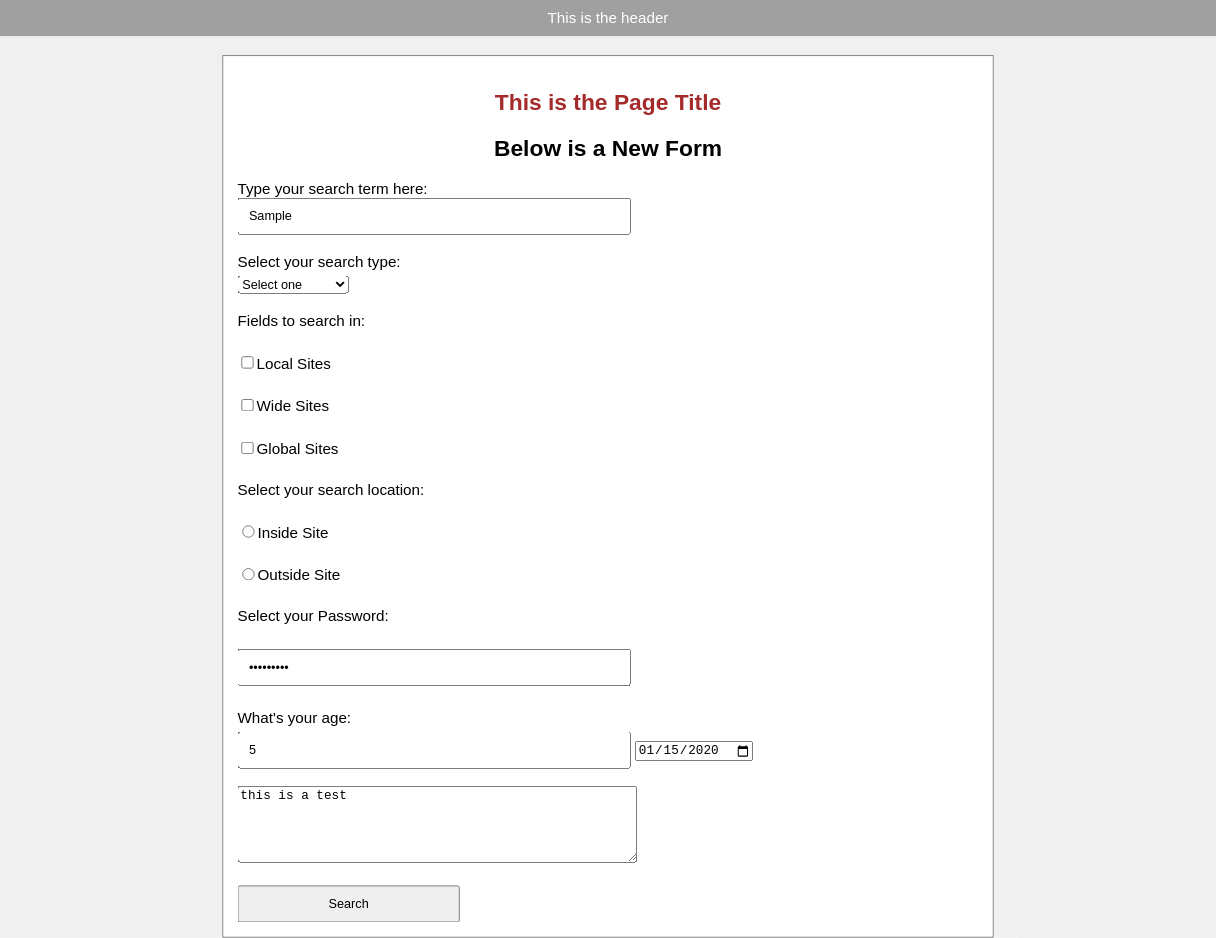
Repository: m0llyc00k/web-advanced
Page: c-6/class_6_html-boilerplate/html-boilerplate/index.html
The author's editor kept a record of every edit. The page is drawn from the files as they stood at one moment, then again after the next edit.
The browser window is 1280 px wide. The pictures show the whole page, at 95% of full size.
Empty fields were first filled with sample values (such as "Sample", 5 or name@example.com).
After loading, the first visible `#searchForm` was submitted once.

Above is the page before.

### c-6/class_6_html-boilerplate/html-boilerplate/index.html
<!DOCTYPE html>

<html>

	<head>
		<meta charset="utf-8">
		<meta name="viewport" content="width=device-width">

		<title>The Parsons Web Project</title>
		<meta name="description" content="Spring 2022 Class">
		<meta name="author" content="Parsons Faculty">
		<link rel="stylesheet" href="css/styles.css">
	</head>

	<body>

		<header>This is the header</header>

		<section>

			<!-- this is a test h1 block -->
			<h1 id="title">
				This is the Page Title
			</h1>

    <!-- this is a test form block -->
    <h2>Below is a New Form</h2>

<!--action is where your data is sent when form is submitted-->
    <label for="SearchBox">Type your search term here:</label>
  <form name="search" action="https://www.google.com/search" id="searchForm" method="GET">
    <input type="text" name="searchBox" id="SearchBox" placeholder="parsons" data-validate="true" value="" >

    <!--method="GET"-->
    <!--method="POST" is important for personal/ sensistive data-->

    <label for="searchType">Select your search type:</label>
    <select name="searchType" id="searchType">
        <option value="">Select one</option>
        <option value="quick">Quick Search</option>
        <option value="detail">Detailed Search</option>
    </select>

      <label for="searchArea">Fields to search in:</label>
      <label><input type="checkbox" name="searchArea" value="local" required-field>Local Sites</label>
      <label><input type="checkbox" name="searchArea" value="wide" required-field>Wide Sites</label>
      <label><input type="checkbox" name="searchArea" value="global" required-field>Global Sites</label>


    <label>Select your search location:</label>
    <label><input type="radio" name="searchScope" value="inside">Inside Site</label>
    <label><input type="radio" name="searchScope" value="outside">Outside Site</label>

    <label>Select your Password:</label>
    <label><input type="password" name="searchPass" value=""></label>


    <label for="searchAge">What's your age:</label>
    <input type="number" name="searchAge" id="SearchAge" required-field>
    <input type="date" name="dateEvent" id="dateEvent" required-field>
    <br> <br>
    <textarea rows="5" name="searchText" cols="50">this is a test</textarea>

    <button type="submit">Search</button>

  </form>


		</section>

		<!-- script always before closing body tag -->
		<script src="js/scripts.js"></script>
	</body>

</html>

### c-6/class_6_html-boilerplate/html-boilerplate/css/styles.css
body {
  font-family: arial;
  background-color:  #f0f0f0;
  margin: 0;
}

#title {
  color:  brown;
}

header {
  background-color:  #a0a0a0;
  padding: 10px;
  margin-bottom: 20px;
  text-align:  center;
  color:  white;
}

section {
  width: 70%;
  max-width: 780px;
  margin: 0 auto;
  border: 1px solid grey;
  background-color:  #ffffff;
  padding:  15px;
}
h1 {
  text-align: center;
  color: green;
}
ul {
  display: flex;
  align-items: stretch; /* Default */
  width: 100%;
  list-style: none;
  flex-wrap: wrap;
  align-items: flex-start;
  justify-content: center;
  padding: 0;
}
ul li {
  margin-bottom: 20px;
  margin-left: 20px;
  margin-right: 20px;
  align-items: center;
  flex: 1 1 auto;
  text-align:  center;
}
body ul li span:first-child {
  font-family: arial;
  font-size: 14px;
  color: red;
  text-align: center;
}
body ul li img {
  margin: 5px;
  border-radius: 3px;
  box-shadow: 1px 1px 3px rgba(0, 0, 0, 0.2);
  display: block;
}

p strong {
  color: red;
}

.highlight {
  color: green;
  background-color: #505050;
}

span {
  font-size:  21px;
}
.heading {
  font-size: 30px;
}

.third_table {
  border:  10px solid purple;
}

h2 {
  text-align: center;
}
form {
  margin: 0 auto;
}
form input[type=text], form input[type=password], form input[type=number] {
  width: 50%;
  padding: 10px;
}
button {
  padding: 10px;
  width: 30%;
  display: block;
  margin-top: 20px;
}
button:hover {
  background-color: grey;
  color: white;
}
form label {
  padding: 5px 0;
  display: block;
  margin-top: 15px;
}
form .error {
  font-size: 80%;
  color: darkred;
}
#Output {
    border: 1px solid #ccc;
    word-wrap: break-word;
    padding: 5px;
    margin: 20px 0;
    background: white;
}

### c-6/class_6_html-boilerplate/html-boilerplate/js/scripts.js
// //go to network to debug

const f = document.getElementById('searchForm');



// //type this in the console to find the form
// document.forms.search

// // document.getElementByName();

const inp = document.getElementById('searchType');

// const sel = f.elements.searchType;

// // f.submit(); // hard submit the form

// // f.reset(); //allows you to reset your data, should not really use this


// ////the below is to check data and validate, i.e. to make sure all fields are filled out

// inp.addEventListener('focus', function() {
//     console.log("focused on", this.name)
// }); // helps you to focus on area and get word count or something (click on something, focus is triggered)

// inp.addEventListener('blur', function() {
//     console.log("leaving", this.name)
// });

// inp.addEventListener('change', function() {
//     console.log("leaving after changing", this.name)
// }); //triggered when you make a change (you enter info into a field and click off, form has been changed)


f.addEventListener('submit', function(ev) {
    ev.preventDefault();
    console.log("submitting form", this.name);
}); //triggered when form is submitted


// // let input_pass = this.elements.SearchPass;



// // Password field values:
// let input_pass = form.elements.SearchPass.value;
// // Checkbox values:
// ///this will show which boxes are checked in the dom
// ////checked boxes turn to .checked in the dom when clicked

// let input_area = form.elements.searchArea;
// const form_area_vals = [];
// for (i=0; i < input_area.length; i++) {
//   if (input_area[i].checked) {
//     form_area_vals.push(input_area[i].value);
// }};
///////alternative
// const form_area_vals = Array.from(input_area) // takes from a list and turns into an array
// .filter(function(input_area) {
//   return input_area.checked
// }) //this makes a new filter that makes an array of matching values
// .map( function(item) {
// return item.value
// }) //this will map each element of the array and then you can do something with this, in this case all i want is the valies so it returns that back to you

After the next edit:
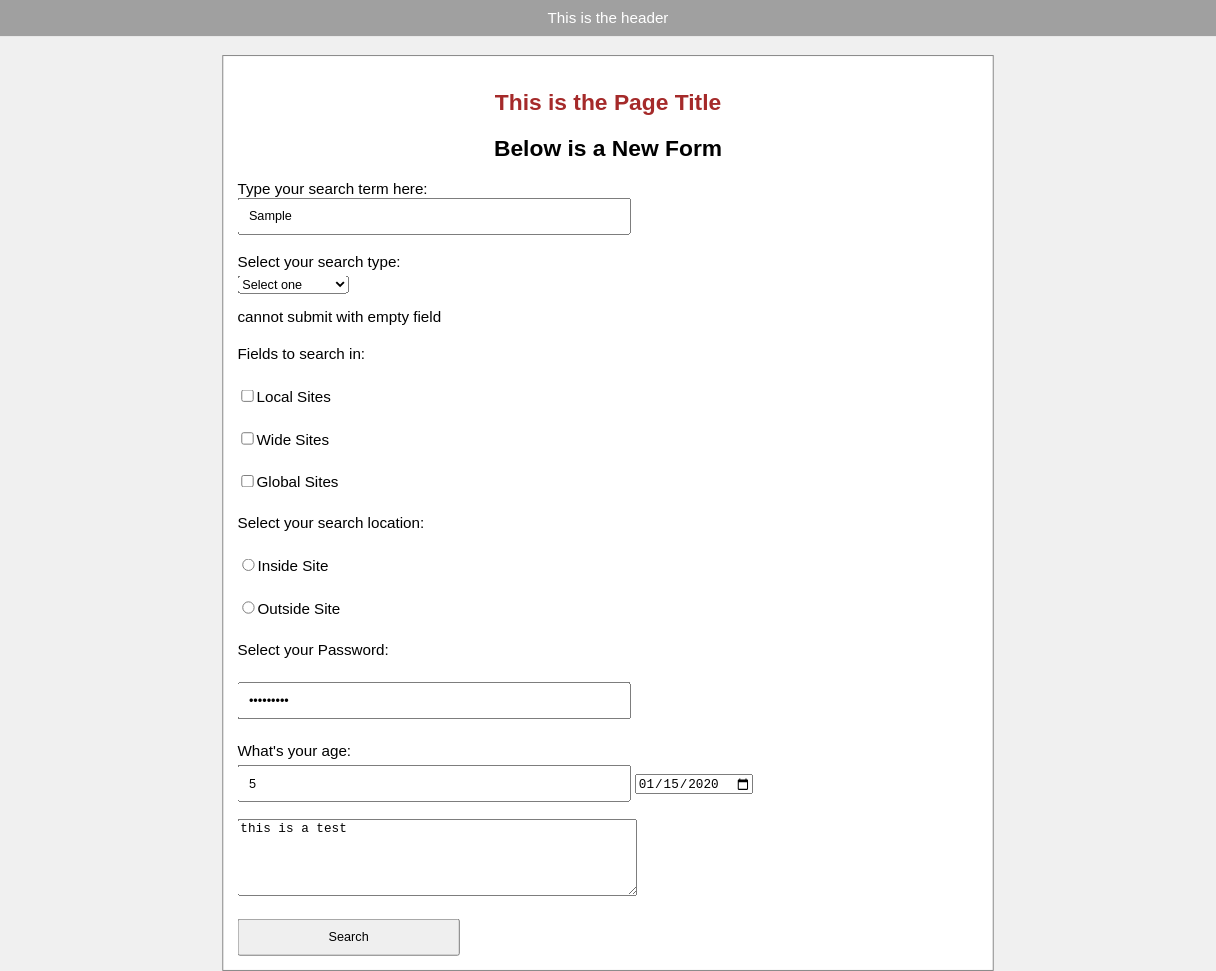
The edit:
--- a/c-6/class_6_html-boilerplate/html-boilerplate/js/scripts.js
+++ b/c-6/class_6_html-boilerplate/html-boilerplate/js/scripts.js
@@ -36,6 +36,15 @@
 f.addEventListener('submit', function(ev) {
     ev.preventDefault();
     console.log("submitting form", this.name);
+    if (inp.value == '') {
+    // alert('search box cannot be empty')
+    const para = document.createElement('p');
+    const searchBar = document.getElementById('searchType');
+    para.textContent = 'cannot submit with empty field';
+    inp.after(para)
+    // f.after(para, searchBar);
+
+}
 }); //triggered when form is submitted
 
 
